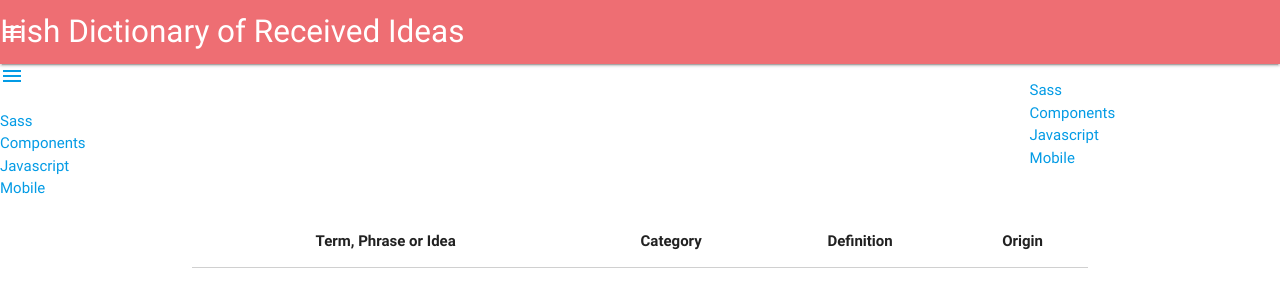
Repository: kalkiboru111/irish-dictionary-of-received-ideas
Page: http://localhost/
The author's editor kept a record of every edit. The page is drawn from the files as they stood at one moment, then again after the next edit.
The browser window is 1280 px wide. The pictures show the whole page.
Some web libraries are served in a nearby version. The page is served by the project's application, run on Flask 3 (app.py). Queries for data that is not in the repository find no rows.

Above is the page before.
Console error: TypeError: $(...).formSelect is not a function

### templates/terms.html

{% extends 'base.html' %}
{% block content %}

    <table class="highlight centered responsive-table">
        <thead>
          <tr>
              <th>Term, Phrase or Idea</th>
              <th>Category</th>
              <th>Definition</th>
              <th>Origin</th>
          </tr>
        </thead>
        <tbody>
        {% for term in terms %}
          <tr>
            <td>{{term.term_name}}</td>
            <td>{{term.term_category}}</td>
            <td>{{term.term_definition}}</td>
            <td>{{term.term_origin}}</td>
          </tr>
         {% endfor %}
        </tbody>
    </table>

{% endblock %}

### templates/base.html
<!DOCTYPE html>
<html>

<head>
    <link href="https://fonts.googleapis.com/icon?family=Material+Icons" rel="stylesheet">
    <link rel="stylesheet" href="https://cdnjs.cloudflare.com/ajax/libs/materialize/0.100.2/css/materialize.min.css">
    <link rel="stylesheet" href="{{url_for('static', filename='css/style.css')}}" type="text/css" />
</head>

<body>
    <header>
        <nav>
            <div class="nav-wrapper">
                <a href="{{url_for('get_terms')}}" class="brand-logo">Irish Dictionary of Received Ideas</a>
                <a href="#" data-target="mobile-demo" class="sidenav-trigger"><i class="material-icons">menu</i></a>
                <ul id="nav-mobile" class="right hide-on-med-and-down">
                    <li><a href="{{url_for('get_terms')}}">Home</a></li>
                    <li><a href="{{url_for('add_term')}}">Add Term</a></li>

                </ul>
                <ul class="side-nav" id="mobile-demo">
                    <li><a href="{{url_for('get_terms')}}">Home</a></li>
                    <li><a href="{{url_for('add_term')}}">Add Term</a></li>

                </ul>
            </div>
        </nav>


      <a href="#" data-target="mobile-demo" class="sidenav-trigger"><i class="material-icons">menu</i></a>
      <ul class="right hide-on-med-and-down">
        <li><a href="sass.html">Sass</a></li>
        <li><a href="badges.html">Components</a></li>
        <li><a href="collapsible.html">Javascript</a></li>
        <li><a href="mobile.html">Mobile</a></li>
      </ul>
    </div>
  </nav>

  <ul class="sidenav" id="mobile-demo">
    <li><a href="sass.html">Sass</a></li>
    <li><a href="badges.html">Components</a></li>
    <li><a href="collapsible.html">Javascript</a></li>
    <li><a href="mobile.html">Mobile</a></li>
  </ul>
    </header>
<div class="container">
    {% block content %} {% endblock %}
</div>
    <script src="https://cdnjs.cloudflare.com/ajax/libs/jquery/3.2.1/jquery.min.js"></script>
    <script src="https://cdnjs.cloudflare.com/ajax/libs/materialize/0.100.2/js/materialize.min.js"></script>
    <script type="text/javascript">
        $(document).ready(function() {
            $('select').formSelect();
            $('.sidenav').sidenav();
            $(".button-collapse").sideNav();
        });
    </script>

</body>

</html>

### app.py
import os
from flask import Flask, render_template, redirect, request, url_for
from flask_pymongo import PyMongo
from bson.objectid import ObjectId

app = Flask(__name__)

app.config['MONGO_DBNAME'] = 'irish_dictionary'
app.config["MONGO_URI"] = os.getenv("MONGO_URI")

mongo = PyMongo(app)

@app.route('/')

# View directs user to terms page
@app.route('/get_terms')
def get_terms():
    return render_template("terms.html",
    terms=mongo.db.terms.find())

@app.route('/add_term')
def add_term():
    return render_template("add_term.html",
    categories=mongo.db.categories.find())

@app.route('/insert_term', methods=['POST'])
def insert_term():
    terms = mongo.db.terms
    terms.insert_one(request.form.to_dict())
    return redirect(url_for('get_terms'))

@app.route('/edit_term/<term_id>')
def editterm(term_id):
    the_term =  mongo.db.terms.find_one({"_id": ObjectId(term_id)})
    all_categories =  mongo.db.categories.find()
    return render_template('editterm.html', term=the_term,
                           categories=all_categories)

@app.route('/update_term/<term_id>', methods=['POST'])
def update_term(term_id):
    terms = mongo.db.terms
    terms.update( {"_id": ObjectId(term_id)},
    {   'term_name':request.form.get('term_name'),
        'category_name':request.form.get('category_name'),
        'term_definition': request.form.get('term_definition'),
        'term_origin':request.form.get('term_origin')
    })
    return redirect(url_for('get_terms'))

@app.route('/delete_term/<term_id>')
def delete_term(term_id):
    mongo.db.terms.remove({"_id": ObjectId(term_id)})
    return redirect(url_for('get_terms'))

if __name__ == '__main__':
    app.run(host=os.environ.get('IP'),
            port=int(os.environ.get('PORT')),
            debug=True)

### static/css/style.css
/* body {
    background-color: red;
} */

After the next edit:
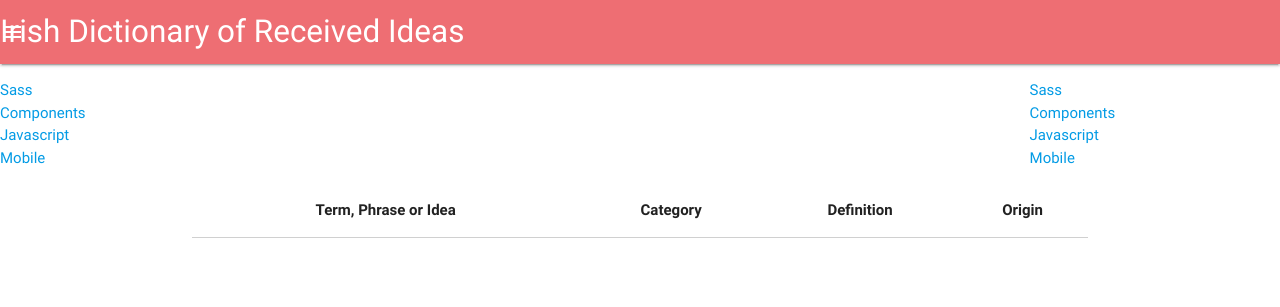
The edit:
--- a/templates/base.html
+++ b/templates/base.html
@@ -27,7 +27,7 @@
         </nav>
 
 
-      <a href="#" data-target="mobile-demo" class="sidenav-trigger"><i class="material-icons">menu</i></a>
+
       <ul class="right hide-on-med-and-down">
         <li><a href="sass.html">Sass</a></li>
         <li><a href="badges.html">Components</a></li>
